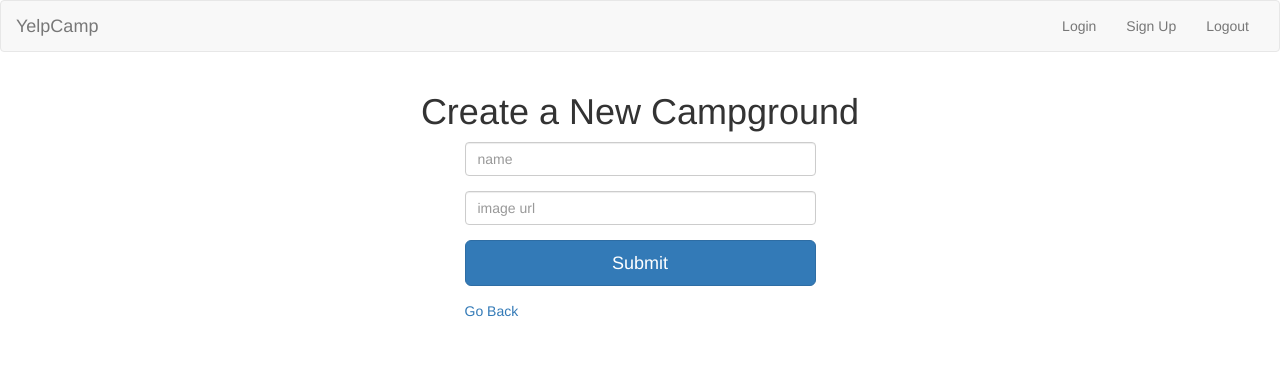
Repository: jersanmd/Learn-Node-JS
Page: http://localhost/campgrounds/new
The author's editor kept a record of every edit. The page is drawn from the files as they stood at one moment, then again after the next edit.
The browser window is 1280 px wide. The pictures show the whole page.
The page is served by the project's Node server (yelpcamp/app.js).

Above is the page before.

After the next edit:
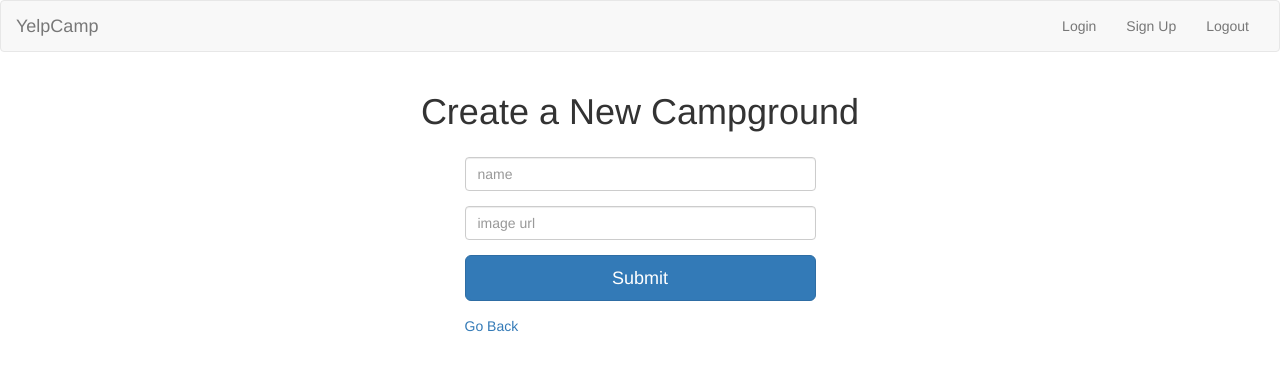
The edit:
--- a/yelpcamp/views/new.ejs
+++ b/yelpcamp/views/new.ejs
@@ -3,7 +3,7 @@
 <div class="container">
     <div class="row">
         <h1 style="text-align: center";>Create a New Campground</h1>
-        <div style="width: 30%; margin: 0 auto">
+        <div style="width: 30%; margin: 25px auto">
             <form action="/campgrounds" method="POST">
                 <div class="form-group">
                     <input class="form-control" type="text" placeholder="name" name="name">
